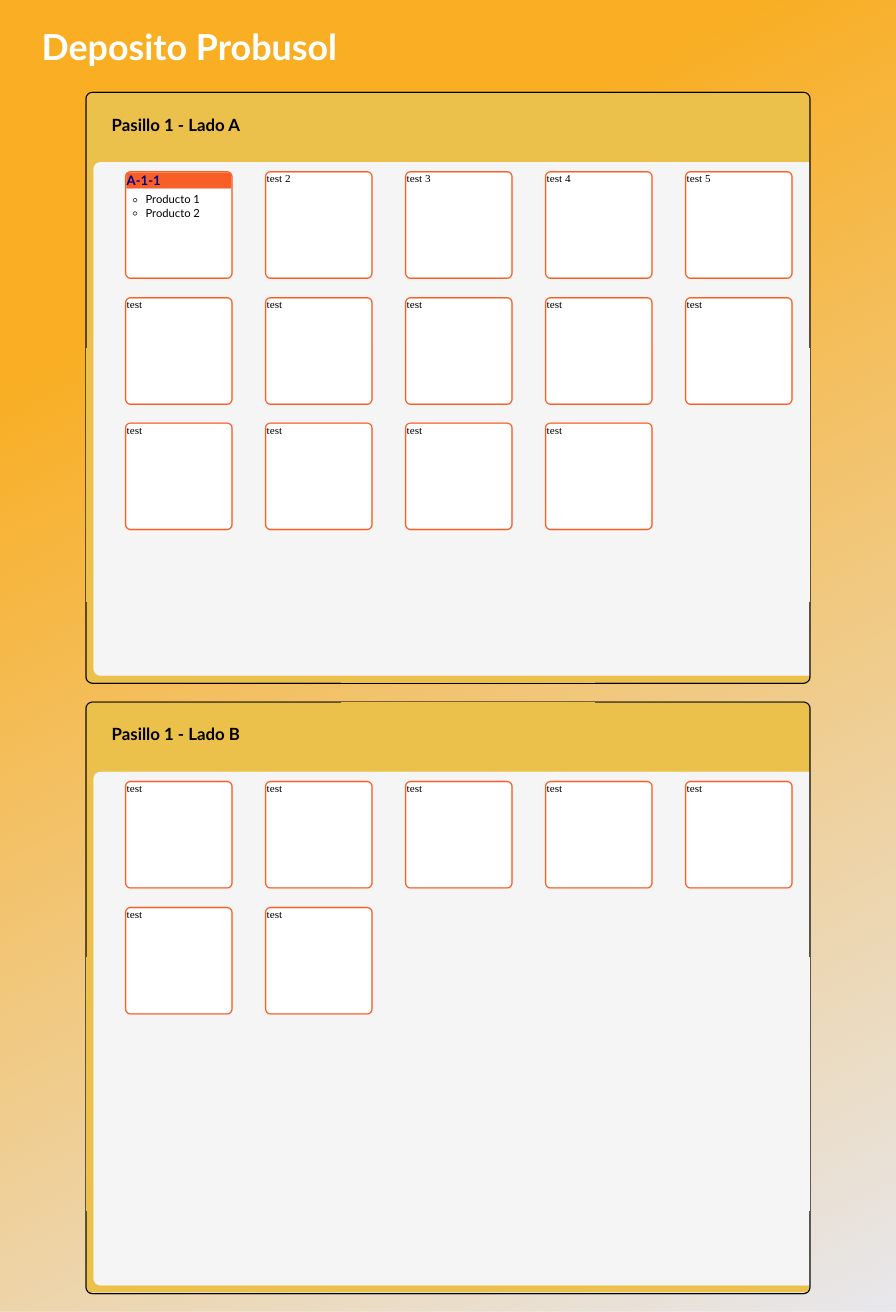
Repository: Franzcod/DepoStock_Web
Page: index.html
The author's editor kept a copy of each file at every save. The page is drawn from the files as they stood at one save, then again after the next save.
The browser window is 1280 px wide. The pictures show the whole page, at 70% of full size.

Above is the page before, as saved 2020-06-07 20:25:09.
Console error: ReferenceError: ur is not defined

### index.html
<!DOCTYPE html>
<html lang="en">
<head>
    <meta charset="UTF-8">
    <meta name="viewport" content="width=device-width, initial-scale=1.0">
    <title>Deposito Probusol</title>

    <link rel="stylesheet" href="estilo/estilo.css">
</head>
<body>

    <div class="titulo">
        <h1>Deposito Probusol</h1>
    </div>


    <div class="app">
        <h2>Pasillo 1 - Lado A</h2>

        <ul class="hs">

            <li class="item">

                <h3 class="pos">A-1-1</h3>

                <ul class="listaProduc">
                    <li class="producto"> Producto 1</li>
                    <li class="producto"> Producto 2</li>
                </ul>
            </li>

            <li class="item">test 2</li>
            <li class="item">test 3</li>
            <li class="item">test 4</li>
            <li class="item">test 5</li>
            <li class="item">test 6</li>
            <li class="item">test 7</li>
            <li class="item">test 8</li>
            <li class="item">test 9</li>
            <li class="item">test</li>
            <li class="item">test</li>
            <li class="item">test</li>
            <li class="item">test</li>
            <li class="item">test</li>
            <li class="item">test</li>
            <li class="item">test</li>
            <li class="item">test</li>
            <li class="item">test</li>
            <li class="item">test</li>
            <li class="item">test</li>
            <li class="item">test</li>
            <li class="item">test</li>
            <li class="item">test</li>
            <li class="item">test</li>

        </ul>

        <!-- <div class="container">
            <div class="item">
            <h3>Block for context</h3>
            </div>
        </div> -->
    </div>

    <div class="app">
        <h2>Pasillo 1 - Lado B</h2>

        <ul class="hs">
            <li class="item">test</li>
            <li class="item">test</li>
            <li class="item">test</li>
            <li class="item">test</li>
            <li class="item">test</li>
            <li class="item">test</li>
            <li class="item">test</li>
            <li class="item">test</li>
            <li class="item">test</li>
            <li class="item">test</li>
            <li class="item">test</li>
            <li class="item">test</li>

        </ul>

        <!-- <div class="container">
            <div class="item">
            <h3>Block for context</h3>
            </div>
        </div> -->
    </div>






    <script>ur</script>

</body>







</html>

### estilo/estilo.css
html{
    background: rgb(231,231,236);
    background: linear-gradient(333deg, rgba(231,231,236,1) 0%, rgba(248,163,5,0.8774860285911239) 78%);
}

.titulo{
    margin: 2vw 4vw;
    align-items: flex-start;
    color: #fff;
    font-size: 2vw;
    font-family: 'Gill Sans', 'Gill Sans MT', Calibri, 'Trebuchet MS', sans-serif;
    text-shadow: orangered;
}


:root {
--gutter: 20px;
}

.app {
    padding: 10px;
    display: grid;
    grid-gap: var(--gutter) 0;
    border: 2px solid black;
    /* grid-template-columns: var(--gutter) 1fr var(--gutter);  */
    align-content: start;
    width: 80%;
    height: 75%;
    background: rgb(235, 192, 75);
    /* overflow-y: scroll; */
    margin: 2vw auto;
    overflow-x: auto;
    border-radius: 10px;
}


.hs {
    display: grid;
    grid-template-columns: repeat(10, 1fr);
    grid-template-rows: repeat(4, 1fr);
    overflow-x: auto;
    /* scroll-snap-type: x proximity; */
    padding-bottom: calc(.75 * var(--gutter));
    background-color:whitesmoke;
    width: 2000px;
    align-items: center;
    margin: auto;
    border-radius: 10px;
}

h2{
    margin-left: 2vw;
    font-family: 'Gill Sans', 'Gill Sans MT', Calibri, 'Trebuchet MS', sans-serif;
}

.item {
    /* scroll-snap-align: center; */
    /* padding: 2px;  */
    display: flex;
    flex-direction: column;
    justify-content: start;
    align-items: flex-start;
    background: #fff;
    border: 2px solid rgb(247, 95, 39);
    border-radius: 8px;
    height: 150px;
    width: 150px;
    margin: 1vw 5px;

}
.posi-1{
    margin: auto;
}

.pos{
    width: 100%;
    height: 15%;
    border-radius: 4px 4px 0 0 ;
    margin: 0px auto;
    align-items: center;
    color: darkblue;
    background: rgb(247, 95, 39);
    margin-inline-start: auto;
    font-family: 'Gill Sans', 'Gill Sans MT', Calibri, 'Trebuchet MS', sans-serif;

}


.listaProduc{
    margin-top: 5px;
    margin-left: 2px;
    padding-left: 25px;
    font-family: 'Gill Sans', 'Gill Sans MT', Calibri, 'Trebuchet MS', sans-serif;

}

After the next save:
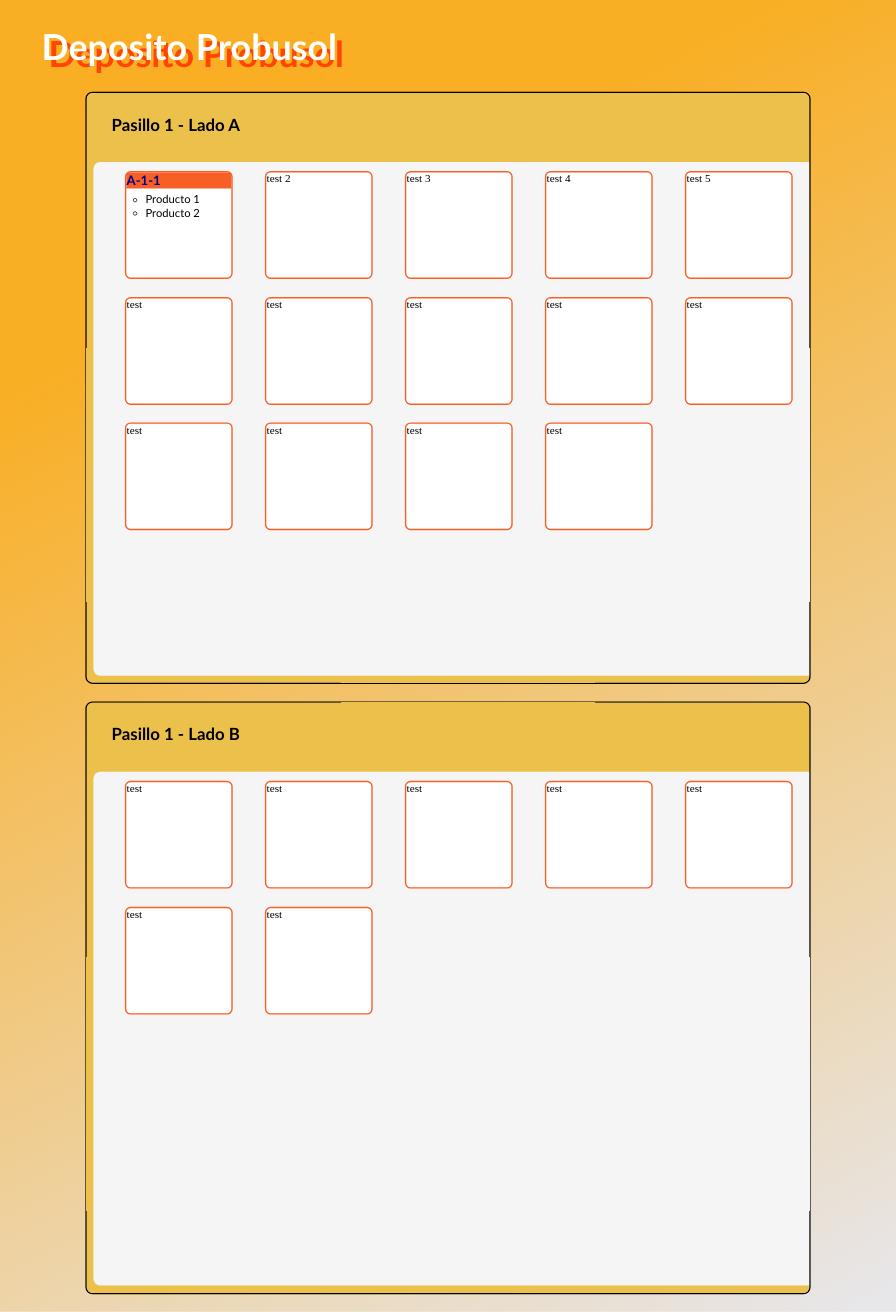
Saved 56 s later.
--- a/estilo/estilo.css
+++ b/estilo/estilo.css
@@ -9,7 +9,7 @@ html{
     color: #fff;
     font-size: 2vw;
     font-family: 'Gill Sans', 'Gill Sans MT', Calibri, 'Trebuchet MS', sans-serif;
-    text-shadow: orangered;
+    text-shadow: 10px 10px orangered;
 }
 
 
